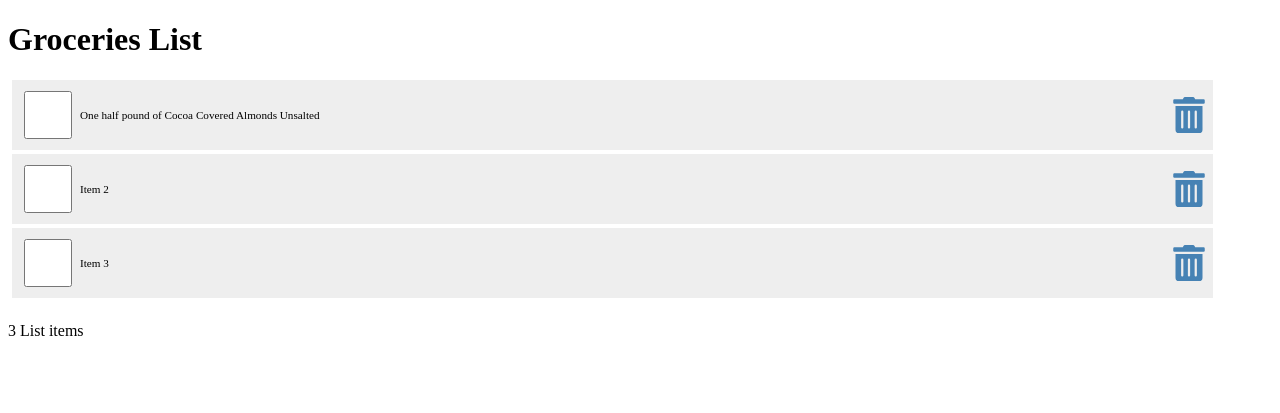
Repository: akinmiday/react-series
Page: /
The author's editor kept a copy of each file at every save. The page is drawn from the files as they stood at one save, then again after the next save.
The browser window is 1280 px wide. The pictures show the whole page.
The project was rebuilt for these pictures with package versions that can differ from the ones it lists, and the page was loaded fresh each time. Also part of the build but not shown: vite.config.js, src/index.css.

Above is the page before, as saved 2023-08-21 20:35:25.

### src/App.jsx
import { useState } from 'react'
import './App.css'
import Content from './Content'
import Footer from './Footer'
import Header from './Header'

const App = () => {
  const [items, setItems] = useState([
    {
      id: 1,
      checked: false,
      item: "One half pound of Cocoa Covered Almonds Unsalted"
    },
    {
      id: 2,
      checked: false,
      item: "Item 2"
    },
    {
      id: 3,
      checked: false,
      item: "Item 3"

    }
  ])

  const handleCheck = (id) => {
    const listItems = items.map((item) => item.id === id ? { ...item, checked: !item.checked } : item)
    setItems(listItems)
    localStorage.setItem("shoppinglist", JSON.stringify(listItems))
  }

  const handleDelete = (id) => {
    const listItems = items.filter((item) => item.id !== id)
    setItems(listItems)
    localStorage.setItem("shoppinglist", JSON.stringify(listItems))
  }

  return (
    <>
      <Header title="Groceries List" />
      <Content
        items={items}
        handleCheck={handleCheck}
        handleDelete={handleDelete}
      />
      <Footer length={items.length} />
    </>
  )
}

export default App

### src/App.css
ul {
    width: 95%;
    list-style: none;
    padding: 0 0.25rem 0.25rem;
}

ul li::before{
    content: "\200B";
}

.item{
    display: flex;
    justify-content: flex-start;
    align-items: center;
    padding: 0.5rem 0 0.5rem 0.5rem;
    margin: 0.25rem 0;
    background-color: #eee;
}

.item input[type="checkbox"] {
    text-align: center;
    width: 2.5rem;
    width: 48px;
    min-width: 48px;
    height: 2.5rem;
    height: 48px;
    min-height: 48px;
    cursor: pointer;
    margin-right: 0.5rem;
}

.item input[type="checkbox"]:focus + label{
text-decoration: underline;
}

.item > label{
    font-size: 0.7rem;
    flex-grow: 1;
}

.item svg{
    width: 48px;
    min-width: 48px;
    height: 36px;
    font-size: 2px;
    color: steelblue;
    cursor: pointer;
}

.item svg:focus,
.item svg:hover{
    color: red;
    outline: none;
}

### src/Content.jsx
/* eslint-disable react/prop-types */

import ItemList from "./ItemList"


const Content = ({ items, handleCheck, handleDelete }) => {

    return (
        <>
            {items.length ? (
                <ItemList
                    items={items}
                    handleCheck={handleCheck}
                    handleDelete={handleDelete}
                />
            ) : (
                <p style={{ marginTop: '2rem' }} >Your List is empty</p >
            )}
        </>
    )
}

export default Content

### src/Footer.jsx
// eslint-disable-next-line react/prop-types
const Footer = ({ length }) => {

  return (
    <div>
      <p>{length} List {length <= 1 ? "item" : "items"}  </p>
    </div>
  )
}

export default Footer

### src/Header.jsx
// eslint-disable-next-line react/prop-types
const Header = ({ title }) => {
    return (
        <header>
            <h1>{title}</h1>
        </header>
    )
}

export default Header

### src/ItemList.jsx
/* eslint-disable react/prop-types */
import LineItem from "./LineItem"

const ItemList = ({ items, handleCheck, handleDelete }) => {
    return (
        <ul>
            {items.map((item) => (
                <LineItem
                    key={item.id}
                    item={item}
                    handleCheck={handleCheck}
                    handleDelete={handleDelete}
                />
            ))}
        </ul>
    )
}

export default ItemList

### src/LineItem.jsx
/* eslint-disable react/prop-types */
import { FaTrashAlt } from "react-icons/fa"

const LineItem = ({ item, handleCheck, handleDelete }) => {
    return (
        <li className='item'>
            <input
                type='checkbox'
                checked={item.checked}
                onChange={() => handleCheck(item.id)}
            />
            <label
                style={(item.checked) ? { textDecoration: 'line-through' } : null}
                onDoubleClick={() => handleCheck(item.id)}
            >{item.item}</label>
            <FaTrashAlt
                onClick={() => handleDelete(item.id)}
                role='button'
                tabIndex="0"
                aria-label={`Delete ${item.item}`}
            />
        </li>
    )
}

export default LineItem

### src/AddItem.jsx
import { FaPlus } from "react-icons/fa"

function AddItem() {
    return (
        <form className="addForm">
            <label htmlFor="addItem">Add Item</label>
            <input
                autoFocus
                id="addItem"
                type="text"
                placeholder="Add Item"
                required
            />
            <button
                type="submit"
                aria-label="Add Item">
                <FaPlus />
            </button>

        </form>
    )
}

export default AddItem

Loaded but not shown: index.html (common file); src/main.jsx (common file)

After the next save:
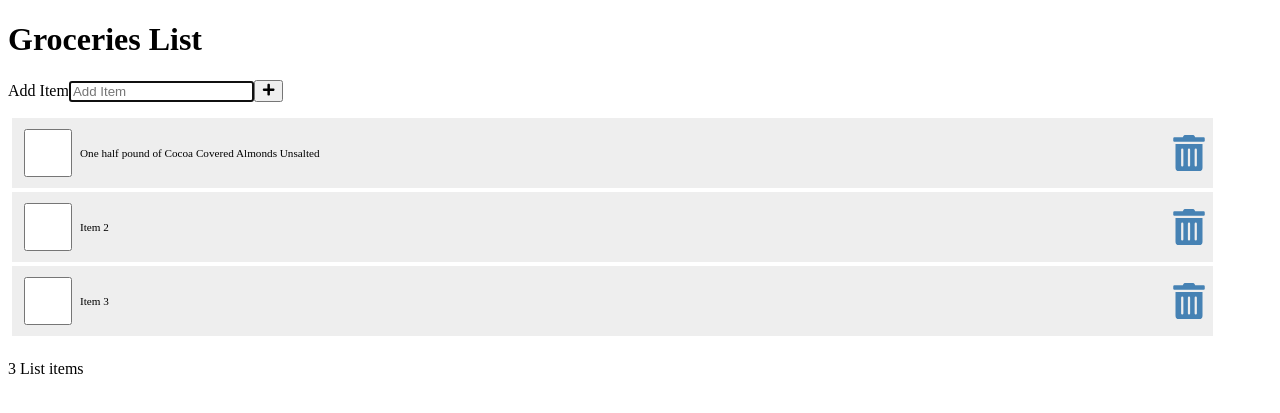
Saved 47 s later.
--- a/src/App.jsx
+++ b/src/App.jsx
@@ -3,6 +3,7 @@ import './App.css'
 import Content from './Content'
 import Footer from './Footer'
 import Header from './Header'
+import AddItem from './AddItem'
 
 const App = () => {
   const [items, setItems] = useState([
@@ -39,6 +40,7 @@ const App = () => {
   return (
     <>
       <Header title="Groceries List" />
+      <AddItem />
       <Content
         items={items}
         handleCheck={handleCheck}
